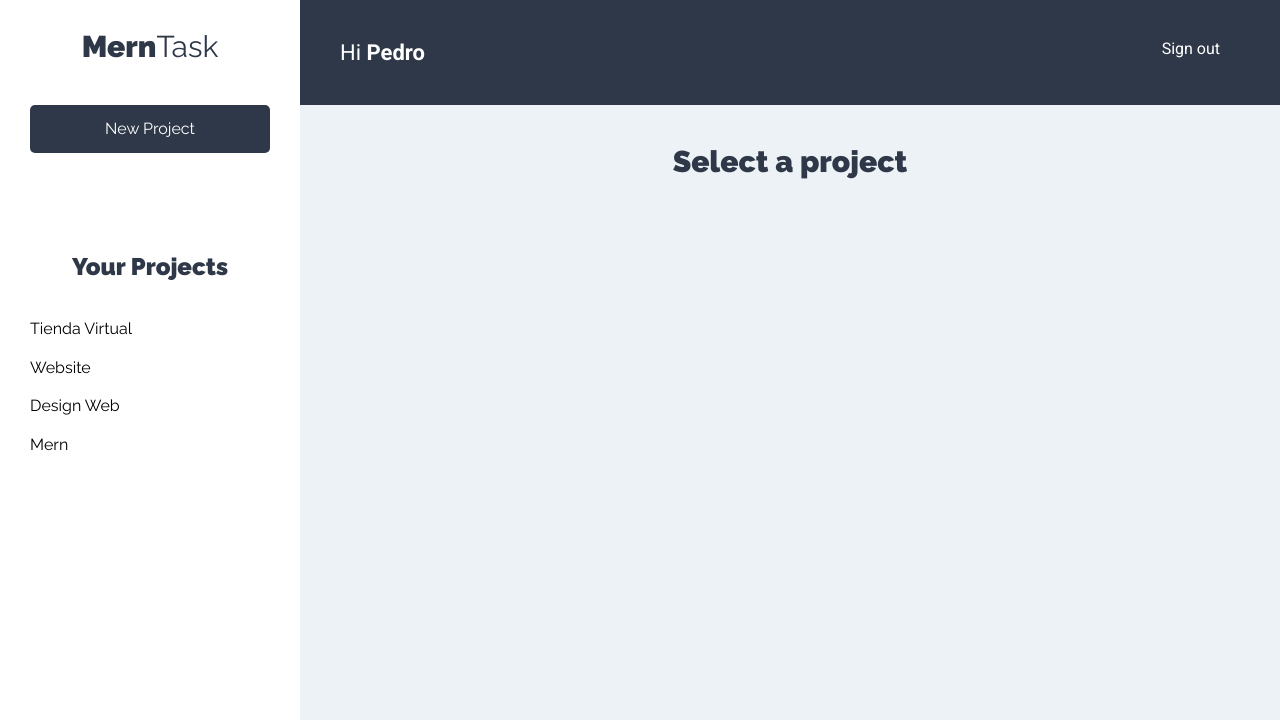
Repository: ppfeliuu/MERN-Task-Client
Page: /projects
The author's editor kept a copy of each file at every save. The page is drawn from the files as they stood at one save, then again after the next save.
The browser window is 1280 px wide. The pictures show the whole page.
The project was rebuilt for these pictures with package versions that can differ from the ones it lists, and the page was loaded fresh each time. Also part of the build but not shown: src/components/auth/Login.js, src/components/auth/NewAccount.js, src/components/task/FormTask.js, src/components/task/Task.js. Imported but missing from the stored project, and not drawn on this page: src/types.

Above is the page before, as saved 2020-02-20 20:35:48.

### src/App.js
import React from "react";
import { BrowserRouter as Router, Switch, Route } from "react-router-dom";
import Login from "./components/auth/Login";
import NewAccount from "./components/auth/NewAccount";
import Projects from "./components/projects/Projects";

import ProjectState from "./context/projects/projectState";

function App() {
  return (
    <ProjectState>
      <Router>
        <Switch>
          <Route exact path="/" component={Login} />
          <Route exact path="/new-account" component={NewAccount} />
          <Route exact path="/projects" component={Projects} />
        </Switch>
      </Router>
    </ProjectState>
  );
}

export default App;

### src/components/projects/Projects.js
import React from "react";
import Sidebar from "../layout/Sidebar";
import Bar from "../layout/Bar";
import FormTask from "../task/FormTask";
import ListTasks from "../task/ListTasks";

const Projects = () => {
  return (
    <div className="contenedor-app">
      <Sidebar />

      <div className="seccion-principal">
        <Bar />
        <main>
          <FormTask />
          <div className="contenedor-tareas">
            <ListTasks />
          </div>
        </main>
      </div>
    </div>
  );
};

export default Projects;

### src/context/projects/projectState.js
import React, { useReducer } from "react";
import uuid from "uuid";
import projectContext from "./projectContext";
import projectReducer from "./projectReducer";
import {
  FORM_PROJECT,
  GET_PROJECTS,
  ADD_PROJECT,
  VALIDATE_FORM,
  CURRENT_PROJECT
} from "../../types";

const ProjectState = props => {
  const projects = [
    { id: 1, name: "Tienda Virtual" },
    { id: 2, name: "Website" },
    { id: 3, name: "Design Web" },
    { id: 4, name: "Mern" }
  ];

  const initialState = {
    form: false,
    projects: [],
    errorform: false,
    currentproject: null
  };

  //Dispatch for actions
  const [state, dispatch] = useReducer(projectReducer, initialState);

  //Functions for crud project
  const showForm = () => {
    dispatch({
      type: FORM_PROJECT
    });
  };

  //Get projects
  const getProjects = () => {
    dispatch({
      type: GET_PROJECTS,
      payload: projects
    });
  };

  //add new project
  const addProject = project => {
    project.id = uuid.v4();

    // console.log(project)
    //Add project into state using dispatch
    dispatch({
      type: ADD_PROJECT,
      payload: project
    });
  };

  //Validate Form New Project
  const showError = () => {
    dispatch({ type: VALIDATE_FORM });
  };

  //Select to set project selected
  const projectSelected = currentprojectId => {
    dispatch({
      type: CURRENT_PROJECT,
      payload: currentprojectId
    })
  }

  return (
    <projectContext.Provider
      value={{
        form: state.form,
        projects: state.projects,
        errorform: state.errorform,
        currentproject: state.currentproject,
        showForm,
        getProjects,
        addProject,
        showError,
        projectSelected
      }}
    >
      {props.children}
    </projectContext.Provider>
  );
};

export default ProjectState;

### src/components/layout/Sidebar.js
import React from 'react';
import NewProject from '../projects/NewProject';
import ListProjects from '../projects/ListProjects';

const Sidebar = () => {
    return (
        <aside>
            <h1>Mern<span>Task</span></h1>
            <NewProject />

            <div className="proyectos">
                <h2>Your Projects</h2>

                <ListProjects />
            </div>
        </aside>
    )
}

export default Sidebar

### src/components/layout/Bar.js
import React from 'react'

const Bar = () => {
    return (
        <div>
          <header className="app-header">
              <p className="nombre-usuario">Hi <span>Pedro</span></p>

              <nav className="nav-principal">
                  <a href="#!">Sign out</a>
              </nav>
              </header>
        </div>
    )
}

export default Bar

### src/components/task/ListTasks.js
import React, { useContext } from "react";
import Task from "./Task";
import projectContext from "../../context/projects/projectContext";

const ListTasks = () => {
  const projectsContext = useContext(projectContext);
  const { currentproject } = projectsContext;

  //No project selected
  if(!currentproject) return <h1>Select a project</h1>

  //Array destructuring for project name
  const [curProject] = currentproject;

  const task = [
    {
      name: "Elegir Plataforma",
      estado: true
    },
    {
      name: "Elegir Colores",
      estado: false
    },
    {
      name: "Elegir forma de pago",
      estado: false
    },
    {
      name: "Elegir Hosting",
      estado: true
    }
  ];

  return (
    <>
      <h2>Project: {curProject.name}</h2>

      <ul className="listado-tareas">
        {task.length === 0 ? (
          <li className="tarea">
            <p>No Tasks</p>
          </li>
        ) : (
          task.map(t => <Task task={t} />)
        )}
      </ul>
      <button type="button" className="btn btn-eliminar">
        Delete Project &times;
      </button>
    </>
  );
};

export default ListTasks;

### src/context/projects/projectContext.js
import { createContext } from 'react';

const projectContext = createContext();

export default projectContext;

### src/context/projects/projectReducer.js
import {
  FORM_PROJECT,
  GET_PROJECTS,
  ADD_PROJECT,
  VALIDATE_FORM,
  CURRENT_PROJECT
} from "../../types";

export default (state, action) => {
  switch (action.type) {
    case FORM_PROJECT:
      return {
        ...state,
        form: true
      };
    case GET_PROJECTS:
      return {
        ...state,
        projects: action.payload
      };
    case ADD_PROJECT:
      return {
        ...state,
        projects: [...state.projects, action.payload],
        form: false,
        errorform: false
      };
    case VALIDATE_FORM:
      return {
        ...state,
        errorform: true
      };
    case CURRENT_PROJECT:
      return {
        ...state,
        currentproject: state.projects.filter(p => p.id === action.payload)
      };
    default:
      return state;
  }
};

### src/components/projects/NewProject.js
import React, { Fragment, useState, useContext } from "react";
import projectContext from "../../context/projects/projectContext";

const NewProject = () => {
  //Get State from Form
  const projectsContext = useContext(projectContext);
  const { form, errorform, showForm, addProject, showError } = projectsContext;

  // State for project
  const [project, setProject] = useState({
    name: ""
  });

  const { name } = project;

  const onChangeProject = e => {
    setProject({
      ...project,
      [e.target.name]: e.target.value
    });
  };

  const onSubmitProject = e => {
    e.preventDefault();

    //valid project
    if (name === "") {
      showError();
      return;
    }

    // add state
    addProject(project);

    //reset form
    setProject({
      name: ""
    });
  };

  const onClickShowForm = () => {
    showForm();
  };

  return (
    <Fragment>
      <button
        type="button"
        className="btn btn-block btn-primario"
        onClick={onClickShowForm}
      >
        New Project
      </button>

      {form ? (
        <form className="formulario-nuevo-proyecto" onSubmit={onSubmitProject}>
          <input
            type="text"
            className="input-text"
            placeholder="Project Name"
            name="name"
            value={name}
            onChange={onChangeProject}
          />
          <input
            type="submit"
            className="btn btn-block btn-primario"
            value="Add Project"
          />
        </form>
      ) : null}
      {errorform ? (
        <p className="mensaje error">Project name is mandatory</p>
      ) : null}
    </Fragment>
  );
};

export default NewProject;

### src/components/projects/ListProjects.js
import React, { useContext, useEffect } from "react";
import Project from "./Project";
import projectContext from "../../context/projects/projectContext";

const ListProjects = () => {

  //Get projects from State
  const projectsContext = useContext(projectContext);
  const { projects, getProjects } = projectsContext;

  useEffect(() => {
    getProjects();
  }, [])

  //if project have items
  if(projects.length === 0) return null;



  return (
    <ul className="listado-proyectos">
      {projects.map(project => (
        <Project key={project.id} project={project} />
      ))}
    </ul>
  );
};

export default ListProjects;

### src/components/projects/Project.js
import React, { useContext } from "react";
import projectContext from "../../context/projects/projectContext";

const Project = ({ project }) => {
  const projectsContext = useContext(projectContext);
  const { projectSelected } = projectsContext;

  return (
    <li>
      <button type="button" className="btn btn-blank" onClick={() => projectSelected(project.id)}>
        {project.name}
      </button>
    </li>
  );
};

export default Project;

Loaded but not shown: public/index.html (common file); src/index.js (common file); src/index.css (common file); src/serviceWorker.js (common file)

After the next save:
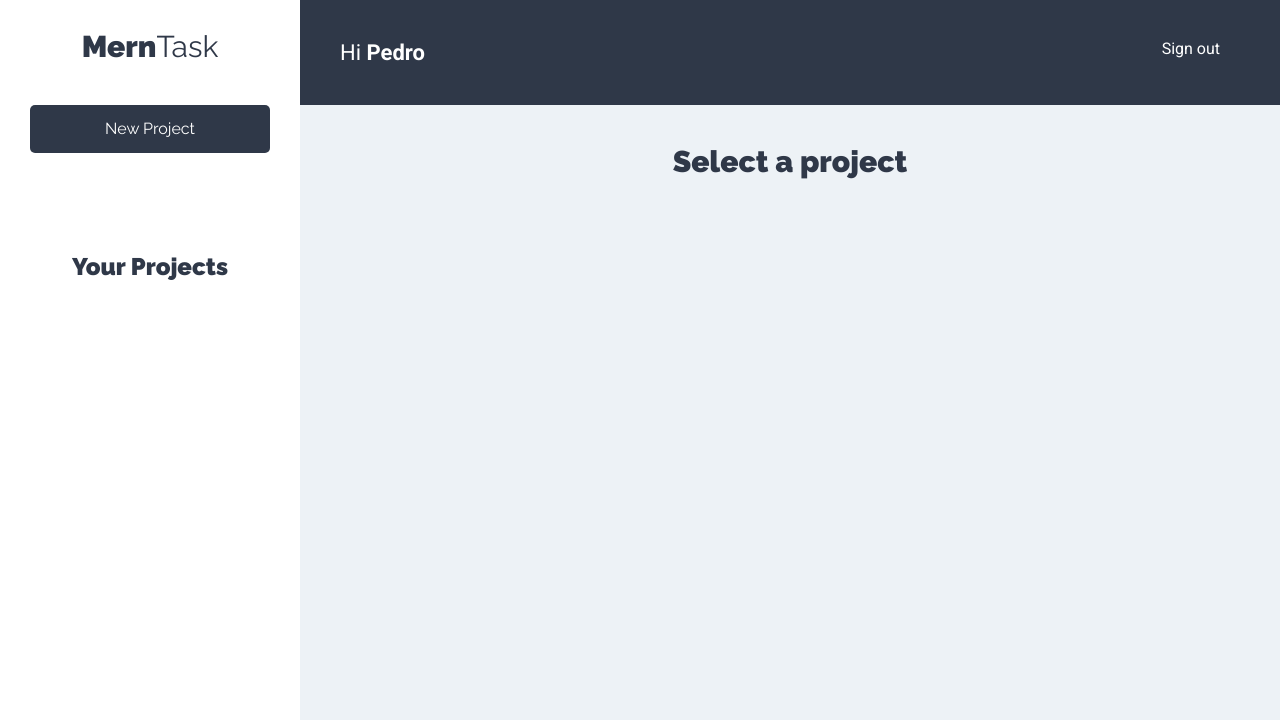
Saved 93 s later.
--- a/src/context/projects/projectState.js
+++ b/src/context/projects/projectState.js
@@ -7,7 +7,8 @@
   GET_PROJECTS,
   ADD_PROJECT,
   VALIDATE_FORM,
-  CURRENT_PROJECT
+  CURRENT_PROJECT,
+  DELETE_PROJECT
 } from "../../types";
 
 const ProjectState = props => {
@@ -68,6 +69,13 @@
     })
   }
 
+  const deleteProject = currentprojectId => {
+    dispatch({
+      type: DELETE_PROJECT,
+      payload: currentprojectId
+    })
+  }
+
   return (
     <projectContext.Provider
       value={{

After the 3 saves that followed:
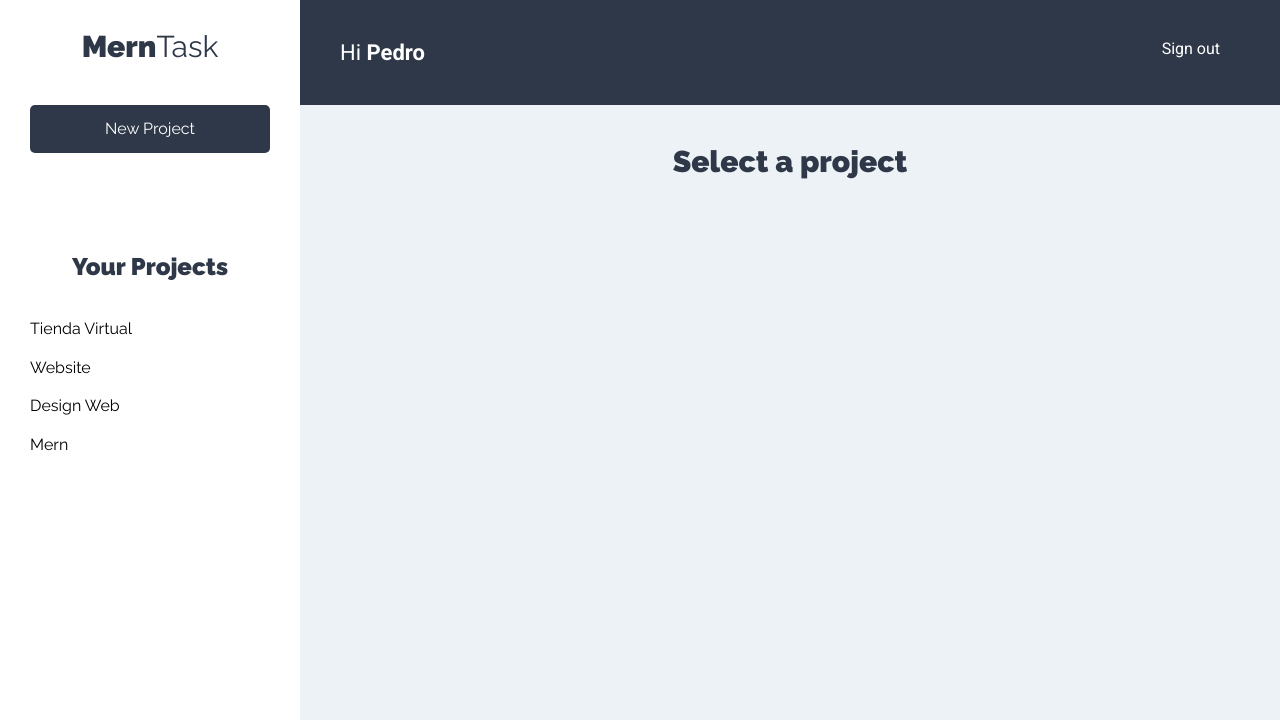
The 3 saves are shown as one change because 1 did not build or start and 1 left the picture as it was.
The last was saved 89 s later.
--- a/src/context/projects/projectState.js
+++ b/src/context/projects/projectState.js
@@ -87,7 +87,8 @@
         getProjects,
         addProject,
         showError,
-        projectSelected
+        projectSelected,
+        deleteProject
       }}
     >
       {props.children}
--- a/src/context/projects/projectReducer.js
+++ b/src/context/projects/projectReducer.js
@@ -3,7 +3,8 @@ import {
   GET_PROJECTS,
   ADD_PROJECT,
   VALIDATE_FORM,
-  CURRENT_PROJECT
+  CURRENT_PROJECT,
+  DELETE_PROJECT
 } from "../../types";
 
 export default (state, action) => {
@@ -35,6 +36,11 @@ export default (state, action) => {
         ...state,
         currentproject: state.projects.filter(p => p.id === action.payload)
       };
+    case DELETE_PROJECT:
+      return {
+        ...state,
+        projects: state.projects.filter(p => p.id !== action.payload)
+      };
     default:
       return state;
   }
